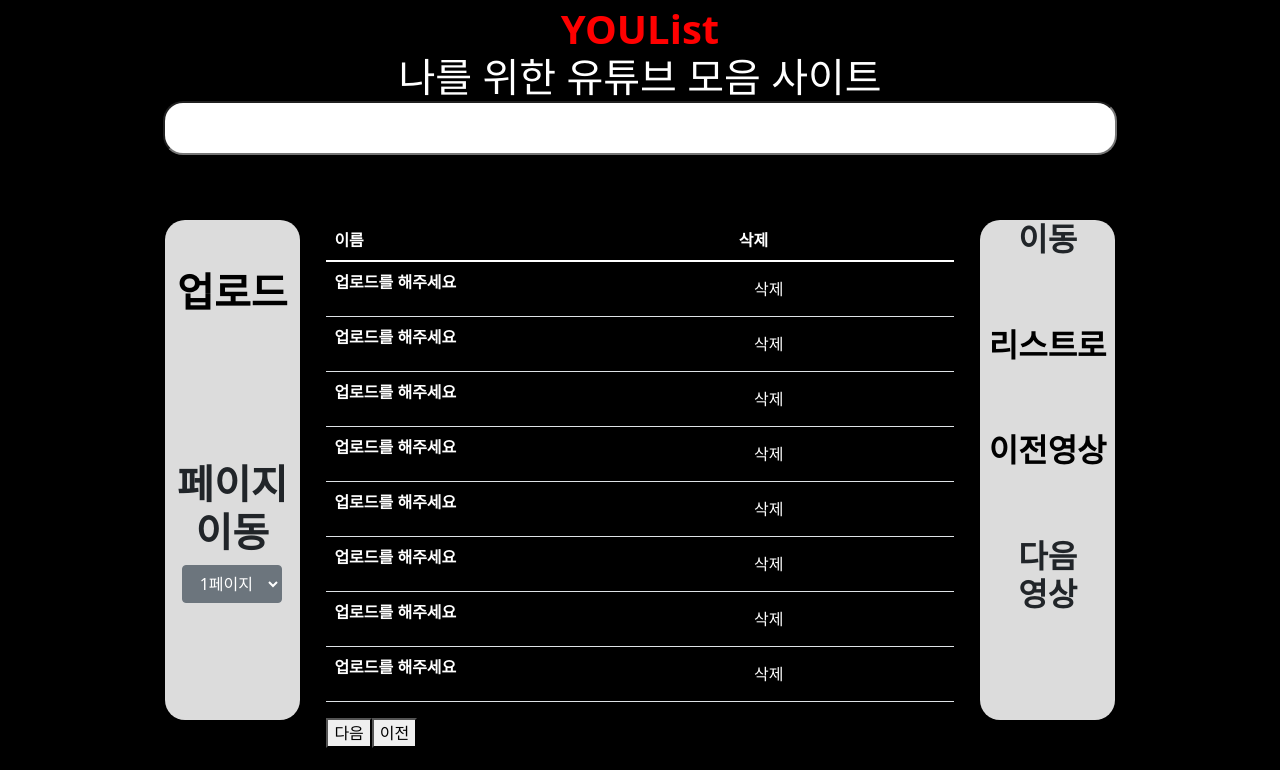
Repository: sojihwan/YouList
Page: / (app in youlist/)
An editor plug-in stored every save of this project. The page is shown before and after the next save, followed by the edit.
The browser window is 1280 px wide. The pictures show the whole page.
The project was rebuilt for these pictures with package versions that can differ from the ones it lists, and the page was loaded fresh each time. Also part of the build but not shown: youlist/src/App.css, youlist/src/Body/View.js, youlist/src/Body/Uplode.js.

Above is the page before, as saved 2022-05-26 11:15:28.

After the next save:
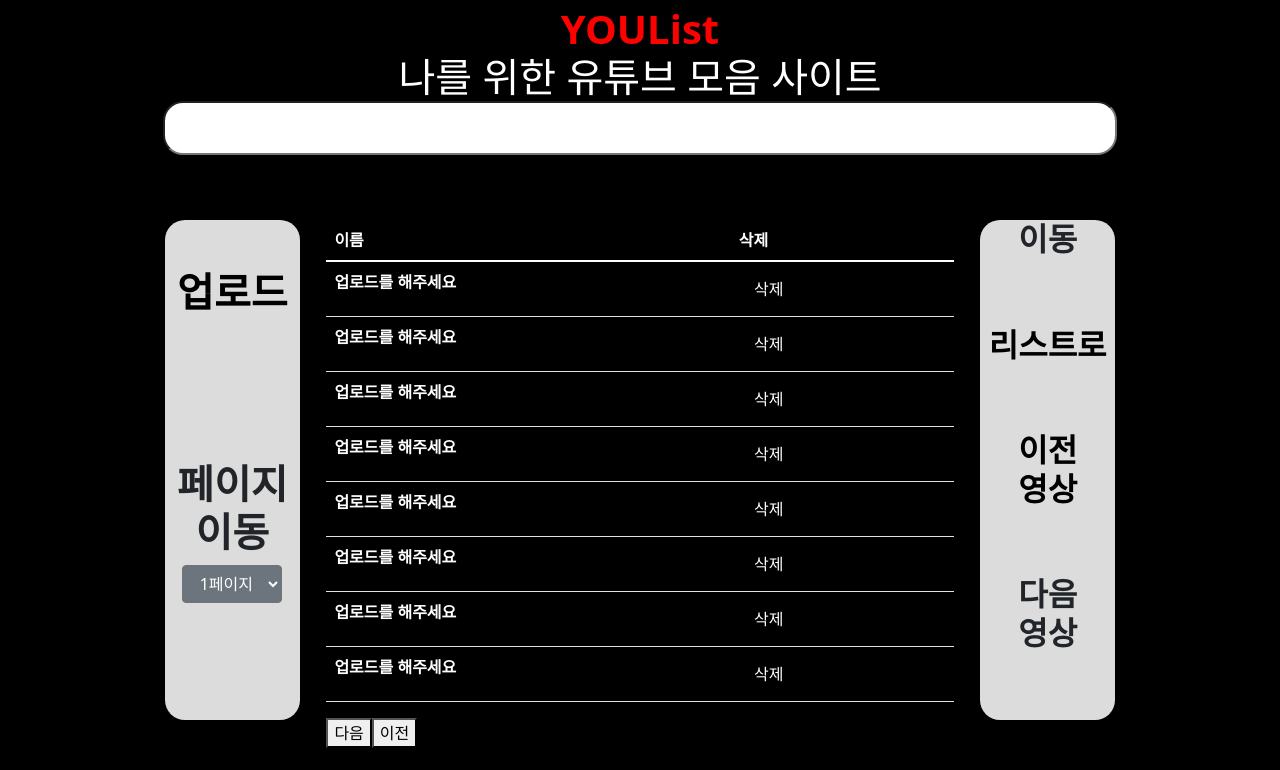
Saved 5 s later.
--- a/youlist/src/Nav/LeftNav.js
+++ b/youlist/src/Nav/LeftNav.js
@@ -19,7 +19,7 @@ function LeftNav (props){
           <Link to="/"className="Link1"><b>리스트로</b></Link><br/>
         </div>
         <div className='LeftNavDiv'>
-          <b onClick={NV(props)}><Link to="/"className="Link1">이전영상</Link></b>
+          <b onClick={NV(props)}><Link to="/"className="Link1">이전<br/>영상</Link></b>
         </div>
         <div className='LeftNavDiv'>
           <b onClick={BV(props)}>다음</b><br/>
